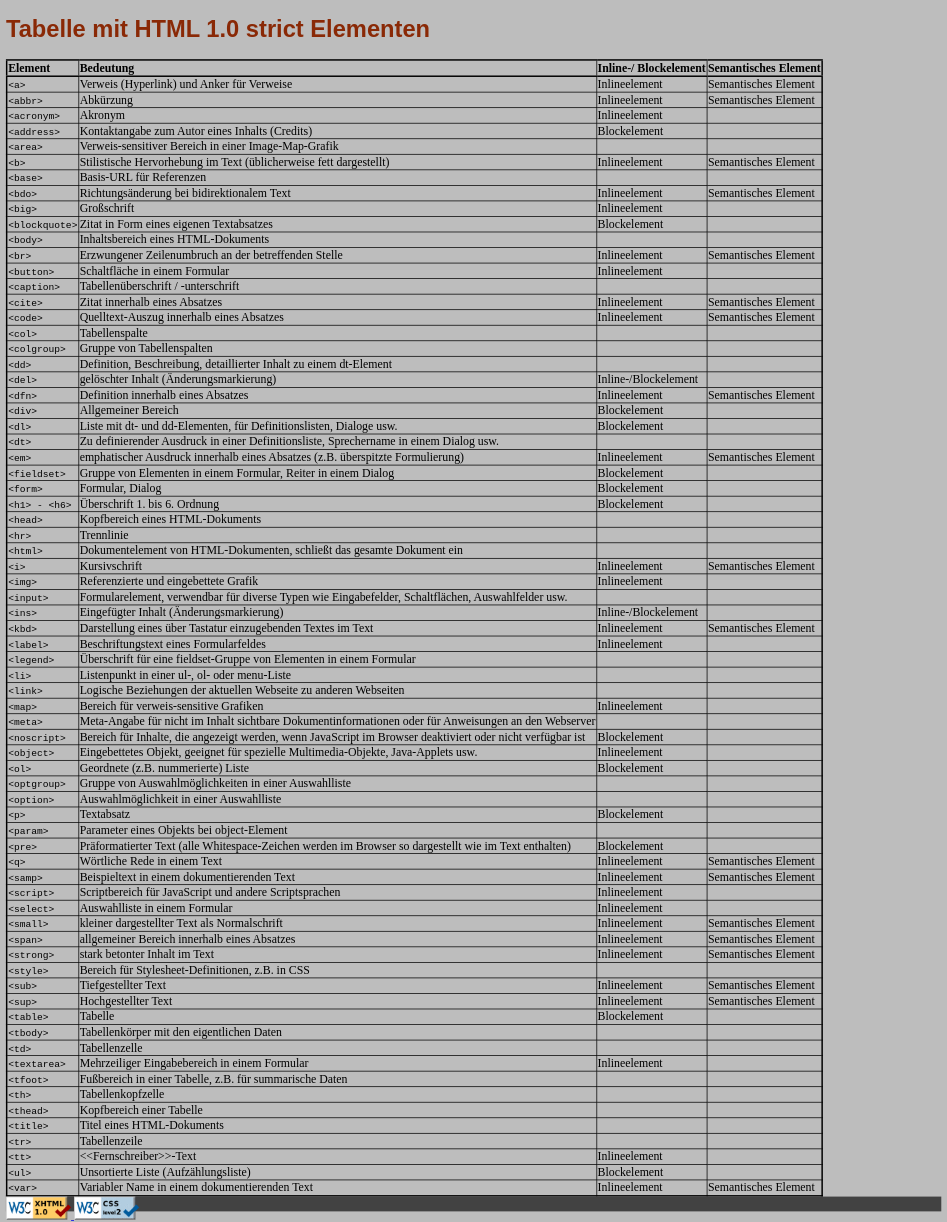
Repository: pLurchi/MyWebengineeringRepo
Page: RemoteSystemsTempFiles/HA-Kapitel06/WebContent/index.html
The author's editor kept a copy of each file at every save. The page is drawn from the files as they stood at one save, then again after the next save.
The browser window is 1280 px wide. The pictures show the whole page, at 74% of full size.

Above is the page before, as saved 2013-11-30 10:26:10.

### RemoteSystemsTempFiles/HA-Kapitel06/WebContent/index.html
<?xml version="1.0" encoding="UTF-8" ?>
<!DOCTYPE html PUBLIC "-//W3C//DTD XHTML 1.0 Strict//EN" "http://www.w3.org/TR/xhtml1/DTD/xhtml1-strict.dtd">
<html xmlns="http://www.w3.org/1999/xhtml">
<head>
<meta http-equiv="Content-Type" content="text/html; charset=UTF-8" />
<link type="text/css" rel="stylesheet" href="CSS/stylesheet.css" />

<title>HA-Kapitel06</title>
</head>
<body>

<div id="headerdiv">
	<h1>Tabelle mit HTML 1.0 strict Elementen</h1>
</div>

<div id="bodydiv">
	<table class="wiki-content-table">

		<colgroup>
    		<col width="1*" />
    		<col width="4*" />
    		<col width="1*" />
		    <col width="1*" />
  		</colgroup>

		<tr>
			<th>Element</th>
			<th>Bedeutung</th>
			<th>Inline-/ Blockelement</th>
			<th>Semantisches Element</th>
		</tr>

		<tr>
			<td><tt>&lt;a&gt;</tt></td>
			<td>Verweis (Hyperlink) und Anker für Verweise</td>
			<td>Inlineelement</td>
			<td>Semantisches Element</td>
		</tr>
		<tr>
			<td><tt>&lt;abbr&gt;</tt></td>
			<td>Abkürzung</td>
			<td>Inlineelement</td>
			<td>Semantisches Element</td>
		</tr>
		<tr>
			<td><tt>&lt;acronym&gt;</tt></td>
			<td>Akronym</td>
			<td>Inlineelement</td>
			<td></td>
		</tr>
		<tr>
			<td><tt>&lt;address&gt;</tt></td>
			<td>Kontaktangabe zum Autor eines Inhalts (Credits)</td>
			<td>Blockelement</td>
			<td></td>
		</tr>
		<tr>
			<td><tt>&lt;area&gt;</tt></td>
			<td>Verweis-sensitiver Bereich in einer Image-Map-Grafik</td>
			<td></td>
			<td></td>
		</tr>
		<tr>
			<td><tt>&lt;b&gt;</tt></td>
			<td>Stilistische Hervorhebung im Text (üblicherweise fett dargestellt)</td>
			<td>Inlineelement</td>
			<td>Semantisches Element</td>
		</tr>
		<tr>
			<td><tt>&lt;base&gt;</tt></td>
			<td>Basis-URL für Referenzen</td>
			<td></td>
			<td></td>
		</tr>
		<tr>
			<td><tt>&lt;bdo&gt;</tt></td>
			<td>Richtungsänderung bei bidirektionalem Text</td>
			<td>Inlineelement</td>
			<td>Semantisches Element</td>
		</tr>
		<tr>
			<td><tt>&lt;big&gt;</tt></td>
			<td>Großschrift</td>
			<td>Inlineelement</td>
			<td></td>
		</tr>
		<tr>
			<td><tt>&lt;blockquote&gt;</tt></td>
			<td>Zitat in Form eines eigenen Textabsatzes</td>
			<td>Blockelement</td>
			<td></td>
		</tr>
		<tr>
			<td><tt>&lt;body&gt;</tt></td>
			<td>Inhaltsbereich eines HTML-Dokuments</td>
			<td></td>
			<td></td>
		</tr>
		<tr>
			<td><tt>&lt;br&gt;</tt></td>
			<td>Erzwungener Zeilenumbruch an der betreffenden Stelle</td>
			<td>Inlineelement</td>
			<td>Semantisches Element</td>
		</tr>
		<tr>
			<td><tt>&lt;button&gt;</tt></td>
			<td>Schaltfläche in einem Formular</td>
			<td>Inlineelement</td>
			<td></td>
		</tr>
		<tr>
			<td><tt>&lt;caption&gt;</tt></td>
			<td>Tabellenüberschrift / -unterschrift</td>
			<td></td>
			<td></td>
		</tr>
		<tr>
			<td><tt>&lt;cite&gt;</tt></td>
			<td>Zitat innerhalb eines Absatzes</td>
			<td>Inlineelement</td>
			<td>Semantisches Element</td>
		</tr>
		<tr>
			<td><tt>&lt;code&gt;</tt></td>
			<td>Quelltext-Auszug innerhalb eines Absatzes</td>
			<td>Inlineelement</td>
			<td>Semantisches Element</td>
		</tr>
		<tr>
			<td><tt>&lt;col&gt;</tt></td>
			<td>Tabellenspalte</td>
			<td></td>
			<td></td>
		</tr>
		<tr>
			<td><tt>&lt;colgroup&gt;</tt></td>
			<td>Gruppe von Tabellenspalten</td>
			<td></td>
			<td></td>
		</tr>
		<tr>
			<td><tt>&lt;dd&gt;</tt></td>
			<td>Definition, Beschreibung, detaillierter Inhalt zu einem dt-Element</td>
			<td></td>
			<td></td>
		</tr>
		<tr>
			<td><tt>&lt;del&gt;</tt></td>
			<td>gelöschter Inhalt (Änderungsmarkierung)</td>
			<td>Inline-/Blockelement</td>
			<td></td>
		</tr>
		<tr>
			<td><tt>&lt;dfn&gt;</tt></td>
			<td>Definition innerhalb eines Absatzes</td>
			<td>Inlineelement</td>
			<td>Semantisches Element</td>
		</tr>
		<tr>
			<td><tt>&lt;div&gt;</tt></td>
			<td>Allgemeiner Bereich</td>
			<td>Blockelement</td>
			<td></td>
		</tr>
		<tr>
			<td><tt>&lt;dl&gt;</tt></td>
			<td>Liste mit dt- und dd-Elementen, für Definitionslisten, Dialoge usw.</td>
			<td>Blockelement</td>
			<td></td>
		</tr>
		<tr>
			<td><tt>&lt;dt&gt;</tt></td>
			<td>Zu definierender Ausdruck in einer Definitionsliste, Sprechername in einem Dialog usw.</td>
			<td></td>
			<td></td>
		</tr>
		<tr>
			<td><tt>&lt;em&gt;</tt></td>
			<td>emphatischer Ausdruck innerhalb eines Absatzes (z.B. überspitzte Formulierung)</td>
			<td>Inlineelement</td>
			<td>Semantisches Element</td>
		</tr>
		<tr>
			<td><tt>&lt;fieldset&gt;</tt></td>
			<td>Gruppe von Elementen in einem Formular, Reiter in einem Dialog</td>
			<td>Blockelement</td>
			<td></td>
		</tr>
		<tr>
			<td><tt>&lt;form&gt;</tt></td>
			<td>Formular, Dialog</td>
			<td>Blockelement</td>
			<td></td>
		</tr>
		<tr>
			<td><tt>&lt;h1&gt; - &lt;h6&gt;</tt></td>
			<td>Überschrift 1. bis 6. Ordnung</td>
			<td>Blockelement</td>
			<td></td>
		</tr>
		<tr>
			<td><tt>&lt;head&gt;</tt></td>
			<td>Kopfbereich eines HTML-Dokuments</td>
			<td></td>
			<td></td>
		</tr>
		<tr>
			<td><tt>&lt;hr&gt;</tt></td>
			<td>Trennlinie</td>
			<td></td>
			<td></td>
		</tr>
		<tr>
			<td><tt>&lt;html&gt;</tt></td>
			<td>Dokumentelement von HTML-Dokumenten, schließt das gesamte Dokument ein</td>
			<td></td>
			<td></td>
		</tr>
		<tr>
			<td><tt>&lt;i&gt;</tt></td>
			<td>Kursivschrift</td>
			<td>Inlineelement</td>
			<td>Semantisches Element</td>
		</tr>
		<tr>
			<td><tt>&lt;img&gt;</tt></td>
			<td>Referenzierte und eingebettete Grafik</td>
			<td>Inlineelement</td>
			<td></td>
		</tr>
		<tr>
			<td><tt>&lt;input&gt;</tt></td>
			<td>Formularelement, verwendbar für diverse Typen wie Eingabefelder, Schaltflächen, Auswahlfelder usw.</td>
			<td></td>
			<td></td>
		</tr>
		<tr>
			<td><tt>&lt;ins&gt;</tt></td>
			<td>Eingefügter Inhalt (Änderungsmarkierung)</td>
			<td>Inline-/Blockelement</td>
			<td></td>
		</tr>
		<tr>
			<td><tt>&lt;kbd&gt;</tt></td>
			<td>Darstellung eines über Tastatur einzugebenden Textes im Text</td>
			<td>Inlineelement</td>
			<td>Semantisches Element</td>
		</tr>
		<tr>
			<td><tt>&lt;label&gt;</tt></td>
			<td>Beschriftungstext eines Formularfeldes</td>
			<td>Inlineelement</td>
			<td></td>
		</tr>
		<tr>
			<td><tt>&lt;legend&gt;</tt></td>
			<td>Überschrift für eine fieldset-Gruppe von Elementen in einem Formular</td>
			<td></td>
			<td></td>
		</tr>
		<tr>
			<td><tt>&lt;li&gt;</tt></td>
			<td>Listenpunkt in einer ul-, ol- oder menu-Liste</td>
			<td></td>
			<td></td>
		</tr>
		<tr>
			<td><tt>&lt;link&gt;</tt></td>
			<td>Logische Beziehungen der aktuellen Webseite zu anderen Webseiten</td>
			<td></td>
			<td></td>
		</tr>
		<tr>
			<td><tt>&lt;map&gt;</tt></td>
			<td>Bereich für verweis-sensitive Grafiken</td>
			<td>Inlineelement</td>
			<td></td>
		</tr>
		<tr>
			<td><tt>&lt;meta&gt;</tt></td>
			<td>Meta-Angabe für nicht im Inhalt sichtbare Dokumentinformationen oder für Anweisungen an den Webserver</td>
			<td></td>
			<td></td>
		</tr>
		<tr>
			<td><tt>&lt;noscript&gt;</tt></td>
			<td>Bereich für Inhalte, die angezeigt werden, wenn JavaScript im Browser deaktiviert oder nicht verfügbar ist</td>
			<td>Blockelement</td>
			<td></td>
		</tr>
		<tr>
			<td><tt>&lt;object&gt;</tt></td>
			<td>Eingebettetes Objekt, geeignet für spezielle Multimedia-Objekte, Java-Applets usw.</td>
			<td>Inlineelement</td>
			<td></td>
		</tr>
		<tr>
			<td><tt>&lt;ol&gt;</tt></td>
			<td>Geordnete (z.B. nummerierte) Liste</td>
			<td>Blockelement</td>
			<td></td>
		</tr>
		<tr>
			<td><tt>&lt;optgroup&gt;</tt></td>
			<td>Gruppe von Auswahlmöglichkeiten in einer Auswahlliste</td>
			<td></td>
			<td></td>
		</tr>
		<tr>
			<td><tt>&lt;option&gt;</tt></td>
			<td>Auswahlmöglichkeit in einer Auswahlliste</td>
			<td></td>
			<td></td>
		</tr>
		<tr>
			<td><tt>&lt;p&gt;</tt></td>
			<td>Textabsatz</td>
			<td>Blockelement</td>
			<td></td>
		</tr>
		<tr>
			<td><tt>&lt;param&gt;</tt></td>
			<td>Parameter eines Objekts bei object-Element</td>
			<td></td>
			<td></td>
		</tr>
		<tr>
			<td><tt>&lt;pre&gt;</tt></td>
			<td>Präformatierter Text (alle Whitespace-Zeichen werden im Browser so dargestellt wie im Text enthalten)</td>
			<td>Blockelement</td>
			<td></td>
		</tr>
		<tr>
			<td><tt>&lt;q&gt;</tt></td>
			<td>Wörtliche Rede in einem Text</td>
			<td>Inlineelement</td>
			<td>Semantisches Element</td>
		</tr>
		<tr>
			<td><tt>&lt;samp&gt;</tt></td>
			<td>Beispieltext in einem dokumentierenden Text</td>
			<td>Inlineelement</td>
			<td>Semantisches Element</td>
		</tr>
		<tr>
			<td><tt>&lt;script&gt;</tt></td>
			<td>Scriptbereich für JavaScript und andere Scriptsprachen</td>
			<td>Inlineelement</td>
			<td></td>
		</tr>
		<tr>
			<td><tt>&lt;select&gt;</tt></td>
			<td>Auswahlliste in einem Formular</td>
			<td>Inlineelement</td>
			<td></td>
		</tr>
		<tr>
			<td><tt>&lt;small&gt;</tt></td>
			<td>kleiner dargestellter Text als Normalschrift</td>
			<td>Inlineelement</td>
			<td>Semantisches Element</td>
		</tr>
		<tr>
			<td><tt>&lt;span&gt;</tt></td>
			<td>allgemeiner Bereich innerhalb eines Absatzes</td>
			<td>Inlineelement</td>
			<td>Semantisches Element</td>
		</tr>
		<tr>
			<td><tt>&lt;strong&gt;</tt></td>
			<td>stark betonter Inhalt im Text</td>
			<td>Inlineelement</td>
			<td>Semantisches Element</td>
		</tr>
		<tr>
			<td><tt>&lt;style&gt;</tt></td>
			<td>Bereich für Stylesheet-Definitionen, z.B. in CSS</td>
			<td></td>
			<td></td>
		</tr>
		<tr>
			<td><tt>&lt;sub&gt;</tt></td>
			<td>Tiefgestellter Text</td>
			<td>Inlineelement</td>
			<td>Semantisches Element</td>
		</tr>
		<tr>
			<td><tt>&lt;sup&gt;</tt></td>
			<td>Hochgestellter Text</td>
			<td>Inlineelement</td>
			<td>Semantisches Element</td>
		</tr>
		<tr>
			<td><tt>&lt;table&gt;</tt></td>
			<td>Tabelle</td>
			<td>Blockelement</td>
			<td></td>
		</tr>
		<tr>
			<td><tt>&lt;tbody&gt;</tt></td>
			<td>Tabellenkörper mit den eigentlichen Daten</td>
			<td></td>
			<td></td>
		</tr>
		<tr>
			<td><tt>&lt;td&gt;</tt></td>
			<td>Tabellenzelle</td>
			<td></td>
			<td></td>
		</tr>
		<tr>
			<td><tt>&lt;textarea&gt;</tt></td>
			<td>Mehrzeiliger Eingabebereich in einem Formular</td>
			<td>Inlineelement</td>
			<td></td>
		</tr>
		<tr>
			<td><tt>&lt;tfoot&gt;</tt></td>
			<td>Fußbereich in einer Tabelle, z.B. für summarische Daten</td>
			<td></td>
			<td></td>
		</tr>
		<tr>
			<td><tt>&lt;th&gt;</tt></td>
			<td>Tabellenkopfzelle</td>
			<td></td>
			<td></td>
		</tr>
		<tr>
			<td><tt>&lt;thead&gt;</tt></td>
			<td>Kopfbereich einer Tabelle</td>
			<td></td>
			<td></td>
		</tr>
		<tr>
			<td><tt>&lt;title&gt;</tt></td>
			<td>Titel eines HTML-Dokuments</td>
			<td></td>
			<td></td>
		</tr>
		<tr>
			<td><tt>&lt;tr&gt;</tt></td>
			<td>Tabellenzeile</td>
			<td></td>
			<td></td>
		</tr>
		<tr>
			<td><tt>&lt;tt&gt;</tt></td>
			<td>&lt;&lt;Fernschreiber&gt;&gt;-Text</td>
			<td>Inlineelement</td>
			<td></td>
		</tr>
		<tr>
			<td><tt>&lt;ul&gt;</tt></td>
			<td>Unsortierte Liste (Aufzählungsliste)</td>
			<td>Blockelement</td>
			<td></td>
		</tr>
		<tr>
			<td><tt>&lt;var&gt;</tt></td>
			<td>Variabler Name in einem dokumentierenden Text</td>
			<td>Inlineelement</td>
			<td>Semantisches Element</td>
		</tr>
	</table>
</div>

<div id="footerdiv">
	<a href="http://validator.w3.org/check?uri=http%3A%2F%2Fjorisnovak1.cloudcontrolled.com%2FHA-Kapitel06%2FWebContent%2Findex.html&charset=%28detect+automatically%29&doctype=Inline&group=0">
		<img src="Pic/valid-xhtml10.png" />
	</a>
	<a href="http://validator.w3.org/check?uri=http%3A%2F%2Fjorisnovak1.cloudcontrolled.com%2FHA-Kapitel06%2FWebContent%2Findex.html&charset=%28detect+automatically%29&doctype=Inline&group=0">
		<img src="Pic/valid-css2-blue.png" />
	</a>
</div>

</body>
</html>

### RemoteSystemsTempFiles/HA-Kapitel06/WebContent/CSS/stylesheet.css
@CHARSET "UTF-8";

/*Main Stylesheet of Web Eng G1 */

/*Colors
	gray: #BDBDBD;
	dark-gray: #424242;
	dark-orange: #8A2906;
*/


body {
	background-color: #BDBDBD;
}

#headerdiv {
	display:block;
	margin:auto;
}

#bodydiv {
	display:block;
	margin:auto;
}

#footerdiv {
	display:block;
	clear:both;
	margin:auto;
	height: 20px;
	background-color:#424242;

}



h1 {
	font-family:sans-serif;
	color: #8A2906;
}

p {
	color:#8A2906;
}


table {
	border: 2px solid black;
	border-collapse: collapse;
}

th {
	border: 2px solid black;
	border-left: 1px solid black;
	border-right: 1px solid black;
	text-align: left;
	vertical-align:top;
}

td {
	border: 1px solid black;
	text-align: left;
	vertical-align:top;
}

After the next save:
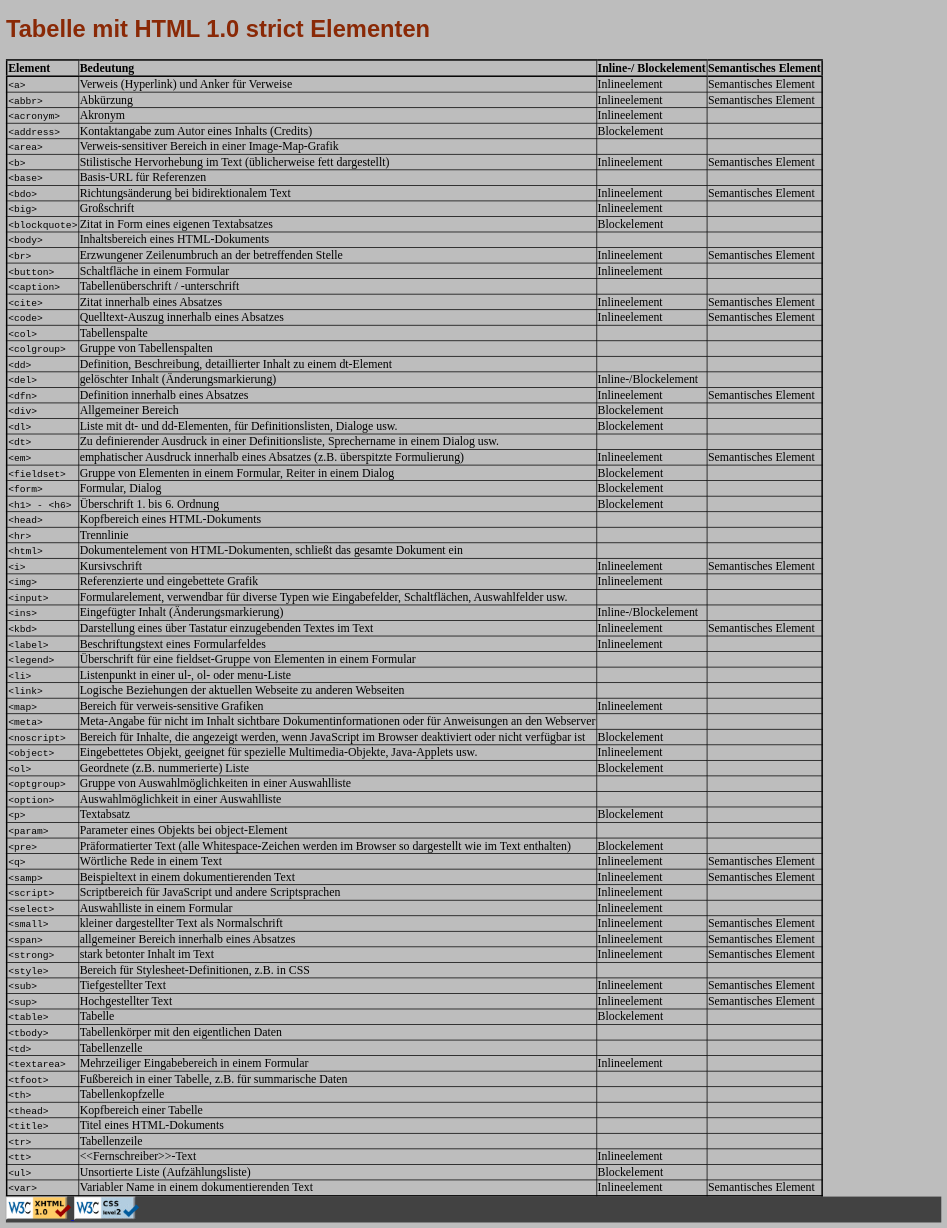
Saved 16 s later.
--- a/RemoteSystemsTempFiles/HA-Kapitel06/WebContent/CSS/stylesheet.css
+++ b/RemoteSystemsTempFiles/HA-Kapitel06/WebContent/CSS/stylesheet.css
@@ -27,7 +27,6 @@ body {
 	display:block;
 	clear:both;
 	margin:auto;
-	height: 20px;
 	background-color:#424242;
 
 }
